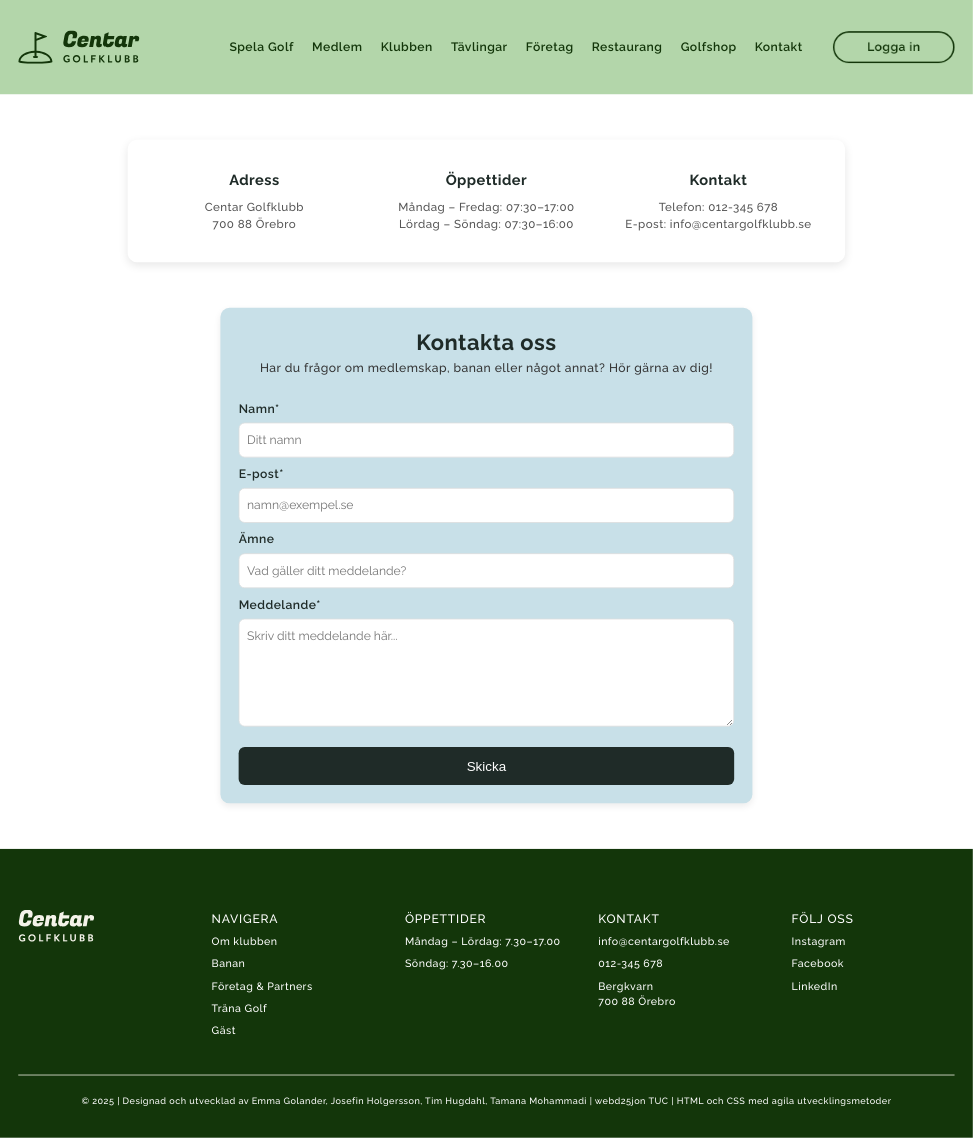
Repository: Tamana831/GolfklubbCentar
Page: kontakt.html
An editor plug-in stored every save of this project. The page is shown before and after the next save, followed by the edit.
The browser window is 1280 px wide. The pictures show the whole page, at 76% of full size.

Above is the page before, as saved 2025-10-21 21:35:40.

### kontakt.html
<!DOCTYPE html>
<html lang="sv">
  <head>
    <meta charset="UTF-8" />
    <meta name="viewport" content="width=device-width, initial-scale=1.0" />
    <title>Kontakta oss</title>

    <!-- Grundstilar -->
    <link rel="stylesheet" href="styles/variables.css" />
    <link rel="stylesheet" href="styles/base.css" />
    <link rel="stylesheet" href="styles/kontakt.css"/>


   </head>

  <body>
    <!-- HEADER -->
    <header class="bg-green-mid header-start">
      <nav class="container main-nav-wrapper">
        <a href="index.html">
          <img src="images/centar_logotype_primary_dark.svg" alt="Centar logotype" class="logotype" />
        </a>

        <input type="checkbox" id="menu-toggle" />
        <label for="menu-toggle" class="menu-button-container">
          <span class="menu-button"></span>
        </label>

        <div class="menu-wrapper">
          <ul>
            <li><a href="spelagolf.html">Spela Golf</a></li>
            <li><a href="#">Medlem</a></li>
            <li><a href="#">Klubben</a></li>
            <li><a href="#">Tävlingar</a></li>
            <li><a href="#">Företag</a></li>
            <li><a href="#">Restaurang</a></li>
            <li><a href="#">Golfshop</a></li>
            <li><a href="kontakt.html" class="active">Kontakt</a></li>
          </ul>
          <a href="#" class="button btn-primary-outline">Logga in</a>
        </div>
      </nav>
    </header>

    <!-- KONTAKT-BOXAR -->
    <section class="contact-wrapper">
      <div class="contact-card">
        <h2>Adress</h2>
        <p>Centar Golfklubb<br />700 88 Örebro</p>
      </div>

      <div class="contact-card">
        <h2>Öppettider</h2>
        <p>Måndag – Fredag: 07:30–17:00<br />Lördag – Söndag: 07:30–16:00</p>
      </div>

      <div class="contact-card">
        <h2>Kontakt</h2>
        <p>Telefon: 012-345 678<br />E-post: info@centargolfklubb.se</p>
      </div>
    </section>

    <!-- FORMULÄR -->
    <section class="contact-container">
      <header class="contact-header">
        <h1>Kontakta oss</h1>
        <p>Har du frågor om medlemskap, banan eller något annat? Hör gärna av dig!</p>
      </header>

      <form class="contact-form">
        <label for="name">Namn*</label>
        <input type="text" id="name" required placeholder="Ditt namn" />

        <label for="email">E-post*</label>
        <input type="email" id="email" required placeholder="namn@exempel.se" />

        <label for="subject">Ämne</label>
        <input type="text" id="subject" placeholder="Vad gäller ditt meddelande?" />

        <label for="message">Meddelande*</label>
        <textarea id="message" rows="5" required placeholder="Skriv ditt meddelande här..."></textarea>

        <button type="submit">Skicka</button>
      </form>
    </section>

    <!-- FOOTER -->
    <footer class="bg-green-dark">
      <div class="container text-white footer-wrapper">
        <nav class="foot-nav-wrapper body-sm">
          <div class="foot-nav-item foot-logo-wrapper">
            <a href="index.html">
              <img src="images/centar_logo_wordmark_neg.svg" alt="Centar logotype negative" class="logo-wordmark" />
            </a>
          </div>

          <section class="foot-nav-item">
            <h5 class="overline">Navigera</h5>
            <ul>
              <li><a href="#">Om klubben</a></li>
              <li><a href="#">Banan</a></li>
              <li><a href="#">Företag & Partners</a></li>
              <li><a href="#">Träna Golf</a></li>
              <li><a href="#">Gäst</a></li>
            </ul>
          </section>

          <section class="foot-nav-item">
            <h5 class="overline">Öppettider</h5>
            <p>Måndag – Lördag: 7.30–17.00</p>
            <p>Söndag: 7.30–16.00</p>
          </section>

          <section class="foot-nav-item">
            <h5 class="overline">Kontakt</h5>
            <a href="mailto:info@centargolfklubb.se">info@centargolfklubb.se</a>
            <a href="tel:+46123456789">012-345 678</a>
            <address>Bergkvarn<br />700 88 Örebro</address>
          </section>

          <section class="foot-nav-item">
            <h5 class="overline">Följ oss</h5>
            <ul>
              <li><a href="#">Instagram</a></li>
              <li><a href="#">Facebook</a></li>
              <li><a href="#">LinkedIn</a></li>
            </ul>
          </section>
        </nav>

        <div class="byline-wrapper text-center">
          <p>
            &copy; 2025 | Designad och utvecklad av Emma Golander, Josefin
            Holgersson, Tim Hugdahl, Tamana Mohammadi | webd25jon TUC |
            HTML och CSS med agila utvecklingsmetoder
          </p>
        </div>
      </div>
    </footer>
  </body>
</html>

### styles/variables.css
/* Variabler. I och med att vi lägger det i root så går de att nå i alla css-filer.*/
:root {
  /* FÄRGER */
  --color-green-dark: #13360a;
  --color-green-mid: #b3d6aa;
  --color-green-light: #ecf6e9;
  --color-green-accent: #14bf71;

  --color-blue-mid: #c8e0e8;
  --color-blue-light: #e4f0f4;
  --color-beige-light: #f4f3e9;

  --color-text-black: #262626;
  --color-text-grey: #3d3d3d;
  --color-text-white: #ffffff;

  /* SPACING */
  --space-xxs: 0.5rem; /* 8px, minsta avstånd, typ ikoner, små knappar*/
  --space-xs: 1rem; /* 16px, litet avstånd, tex mellan text och knapp  */
  --space-sm: 1.5rem; /* 24px, lite större, ofta mellan rubrik och text */
  --space-md: 2.5rem; /* 40px, ännu lite större, ofta mellan större rubrik och text */
  --space-lg: 3.5rem; /* 56px */
  --space-xl: 5rem; /* 80px, större block, typ mellan sektioner*/
  --space-xxl: 7.5rem; /* 120px, stort avstånd mellan sektioner */
}

### styles/base.css
@import url("https://fonts.googleapis.com/css2?family=Raleway:ital,wght@0,100..900;1,100..900&display=swap");
/* Reset */
* {
  box-sizing: border-box;
  margin: 0;
  padding: 0;
  line-height: 1.5;
}

body {
  color: var(--color-text-black); /* Textfärg för hela sidan */
  font-family: "Raleway", sans-serif;
  font-weight: 500;
  letter-spacing: 0.6px;
  -webkit-font-smoothing: antialiased;
  -moz-osx-font-smoothing: grayscale;
}

/* Klassen container styr sidans maxbredd. */
.container {
  margin: 0 auto;
  max-width: 1280px;
  /* Är det för tight padding i mobil?? */
  padding-left: var(--space-sm);
  padding-right: var(--space-sm);
}
/* @media (min-width: 768px) {
  .container {
    padding-left: var(--space-sm);
    padding-right: var(--space-sm);
  }
} */

/* ---------- BAKGRUNDSFÄRG styling  ---------- */
/* Gör vad som känns enklast, antingen med klass på html-elmentet eller med hjälp av css direkt på elementet. */
.bg-green-dark {
  background-color: var(--color-green-dark);
}
.bg-green-mid {
  background-color: var(--color-green-mid);
}
.bg-green-light {
  background-color: var(--color-green-light);
}
.bg-blue-mid {
  background-color: var(--color-blue-mid);
}
.bg-blue-light {
  background-color: var(--color-blue-light);
}
.bg-beige-light {
  background-color: var(--color-beige-light);
}

/* ---------- TEXT styling ---------- */
/* Utgår från mobil och skalar upp, se media queries */
/* text- för rubriker */
.text-xxl,
.text-xl,
.text-lg,
.text-md,
.text-sm {
  font-weight: 600;
  letter-spacing: normal; /* nollställer letter-spacing som är satt i body */
  line-height: 1.2;
}
.text-xxl {
  font-size: 2.5rem; /* 40px mobil, 64px desktop */
}
.text-xl {
  font-size: 2rem; /* 32px mobil, 48px desktop */
  margin-bottom: var(--space-md);
}
.text-lg {
  font-size: 1.75rem; /* 28px mobil, 32px desktop */
  margin-bottom: var(--space-sm);
}
.text-md {
  font-size: 1.25rem; /* 20px mobil, 24px desktop */
  margin-bottom: var(--space-xs);
}
.text-sm {
  font-size: 1rem; /* 16px */
  margin-bottom: var(--space-xs);
}
/* body- för brödtext och ingress */
.body-sm {
  font-size: 0.875rem; /* 14px */
}
.body {
  font-size: 1rem; /* 16px */
}
.body-lg {
  font-size: 1rem; /* 16px mobil, 20px desktop */
}
.overline {
  font-size: 1rem; /* 16px */
  font-weight: 500;
  text-transform: uppercase;
  letter-spacing: 1px;
}
/* Större px-storlek från tablet och uppåt */
@media (min-width: 768px) {
  .text-xxl {
    font-size: 4rem; /* 64px */
  }
  .text-xl {
    font-size: 3rem; /* 48px */
  }
  .text-lg {
    font-size: 2rem; /* 32px */
  }
  .text-md {
    font-size: 1.5rem; /* 24px */
  }
  .body-lg {
    font-size: 1.25rem; /* 20px */
  }
}
/* Hjälpklasser */
.text-center {
  text-align: center;
}
.text-white {
  color: var(--color-text-white);
}
.bold {
  font-weight: 700;
}
/* ----------  BUTTONS ---------- */
/* Grundstyling som gäller alla knappar (a-taggar och buttons) */
.button {
  /* Button reset */
  appearance: none; /* tar bort systemets knappstil. */
  -webkit-appearance: none; /* för Safari */
  -moz-appearance: none; /* för Firefox */
  border: none;
  font: inherit; /* Ärver samma font som sidan */
  /* Sätter fast höjd på knappar och justerar in med flex, så man vet att alla knappat alltid är lika höga. */
  height: 42px;
  width: fit-content;
  max-width: 100%;
  display: flex;
  justify-content: center;
  align-items: center;
  text-decoration: none;
  font-weight: 600;
  text-align: center;
  border-radius: 999px;
  padding: 0 var(--space-md); /* Enbart padding i sidled pga fast höjd och flex*/
  cursor: pointer;
  will-change: transform;
  transition: background-color 0.25s ease, transform 0.15s ease;
}
.button:hover {
  transform: scale(1.03);
}
.btn-primary {
  /* Mörkgrön */
  background-color: var(--color-green-dark);
  color: var(--color-beige-light);
}
.btn-cta {
  background-color: var(--color-green-accent);
  color: var(--color-text-white);
}
.btn-primary:hover,
.btn-cta:hover {
  background-color: color-mix(in srgb, var(--color-green-accent) 85%, black);
}
.btn-primary-outline {
  /* Mörkgrön outline */
  border: 2px solid var(--color-green-dark);
  background-color: transparent;
  color: var(--color-green-dark);
}
.btn-primary-outline:hover {
  background-color: var(--color-green-dark);
  color: var(--color-beige-light);
}
/* Focus ring t.ex. när man tabbar sig fram */
.button:focus-visible {
  outline: 3px solid color-mix(in srgb, var(--color-green-accent) 70%, white);
  outline-offset: 3px;
}
@media (max-width: 420px) {
  .button {
    height: auto;
    min-height: 42px;
    padding: 0.5rem var(--space-md);
    white-space: normal;
    line-height: 1.2;
  }
}

/* ---------- NAVIGATION ---------- */
.main-nav-wrapper {
  display: flex;
  justify-content: space-between;
  align-items: center;
  position: relative;
  padding-top: var(--space-sm);
  padding-bottom: var(--space-sm);
}
.logotype {
  width: 140px;
  /* Tar bort margin i botten på bild */
  display: block;
}
.menu-wrapper {
  position: absolute;
  top: 100%; /* lägger meny precis under nav */
  left: 0;
  right: 0;
  background-color: var(--color-green-mid);
  border-top: 1px solid var(--color-green-dark);
  box-shadow: 0 4px 16px 0 rgba(0, 0, 0, 0.08);
  display: flex;
  flex-direction: column;
  padding: var(--space-sm) var(--space-sm) var(--space-lg) var(--space-sm);
  gap: var(--space-xs); /* Avstånd mellan meny och knapp */
  /* Animerar opaciteten */
  max-height: 0;
  opacity: 0;
  overflow: hidden;
  transition: all 700ms cubic-bezier(0.23, 1, 0.32, 1);
}
.menu-wrapper li {
  list-style: none;
  font-size: 1.25rem;
  margin-bottom: var(--space-xs);
}
.menu-wrapper a {
  text-decoration: none;
  color: var(--color-green-dark);
  font-weight: 600;
  transition: background-color 0.5s;
}
.menu-wrapper li a:hover,
.menu-wrapper li a.current {
  padding-bottom: 4px;
  border-bottom: 2px solid var(--color-green-dark);
}
/* Styling hamburgerikon */
.menu-button-container {
  height: 100%;
  width: 32px;
  cursor: pointer;
  display: flex;
  flex-direction: column;
  justify-content: center;
  align-items: center;
}
/* Döljer själva checkboxen*/
#menu-toggle {
  display: none;
}
/* Checkbox (hamburgermenyn) kryssad, menyn visas */
#menu-toggle:checked ~ .menu-wrapper {
  max-height: 600px;
  opacity: 1;
}
/* Hamburgerikonens transformation till ett "X" */
#menu-toggle:checked + .menu-button-container .menu-button::before {
  margin-top: 0;
  transform: rotate(45deg);
}
#menu-toggle:checked + .menu-button-container .menu-button {
  background: transparent;
}
#menu-toggle:checked + .menu-button-container .menu-button::after {
  margin-top: 0;
  transform: rotate(-45deg);
}
/* Stylar "strecken" i hamburgermenyn  */
.menu-button,
.menu-button::before,
.menu-button::after {
  display: block;
  background-color: var(--color-green-dark);
  position: absolute;
  height: 3px;
  width: 30px;
  border-radius: 2px;
  transition: transform 400ms cubic-bezier(0.23, 1, 0.32, 1);
}
.menu-button::before {
  content: "";
  margin-top: -8px;
}
.menu-button::after {
  content: "";
  margin-top: 8px;
}
/* Desktop */
@media (min-width: 1024px) {
  .main-nav-wrapper {
    align-items: flex-start;
    padding-top: var(--space-md);
    padding-bottom: var(--space-md);
  }
  .logotype {
    width: 200px;
    padding-right: var(--space-md);
  }
  .menu-button-container {
    display: none; /* Döljer hamburgarikon */
  }
  .menu-wrapper {
    position: static;
    background-color: transparent;
    display: flex;
    flex-direction: row;
    align-items: flex-start;
    padding: 0;
    gap: var(--space-md); /* Avstånd mellan meny och knapp */
    box-shadow: none;
    border-top: none;
    /* Återställer styling för animering */
    max-height: none;
    opacity: 1;
    overflow: visible;
    transition: none;
  }
  .menu-wrapper ul {
    display: flex;
    flex-wrap: wrap;
    justify-content: center;
    align-items: center;
    column-gap: var(--space-sm);
    row-gap: var(--space-xs);
  }
  .menu-wrapper li {
    margin-bottom: 0;
    font-size: 1rem;
  }
  .menu-wrapper .button {
    min-width: 160px; /* Måste sätta bredd annars vill texten hamna på två rader */
  }
}
@media (min-width: 1200px) {
  .main-nav-wrapper {
    align-items: center;
  }
  .menu-wrapper {
    align-items: center;
  }
}

/* Exempel-styling */
.hero {
  display: flex;
  flex-direction: column;
  justify-content: center;
  align-items: center;
  background-color: plum; /* Färg och höjd för att man ska se något nu.*/
  height: 500px;
  margin-bottom: var(--space-xl);
}
.btn-wrapper {
  display: flex;
  gap: var(--space-xs);
}

/* ----------  FOOTER ---------- */
/* Container-klassen styr padding i sidled så sätter top och bottom här. */
.footer-wrapper {
  padding-top: var(--space-xl);
  padding-bottom: var(--space-md);
}
.foot-nav-wrapper {
  display: grid; /* Grid aktiverad från start */
  grid-template-columns: 1fr;
  gap: var(--space-md); /* Mellanrum mellan sektioner */
  margin-bottom: var(--space-md);
}
footer .logo-wordmark {
  width: 100px;
}
footer .overline {
  margin-bottom: var(--space-xxs);
}
.foot-nav-item a,
.foot-nav-item p,
.foot-nav-item address {
  margin-bottom: var(--space-xxs);
  font-style: normal;
}
.foot-nav-item li {
  list-style: none;
}
.foot-nav-item a {
  display: block;
  text-decoration: none;
  color: var(--color-text-white);
}
.foot-nav-item a:hover {
  text-decoration: underline;
}
.byline-wrapper {
  border-top: 0.5px solid var(--color-beige-light);
}
.byline-wrapper p {
  font-size: 0.75rem;
  padding-top: var(--space-sm);
}
/* Tablet */
@media (min-width: 768px) {
  .foot-nav-wrapper {
    grid-template-columns: repeat(3, 1fr);
  }
  .foot-logo-wrapper {
    grid-column: span 3;
  }
}
/* Desktop */
@media (min-width: 1200px) {
  .foot-nav-wrapper {
    grid-template-columns: repeat(5, 1fr);
  }
  .foot-logo-wrapper {
    grid-column: span 1;
  }
}

### styles/kontakt.css
/* --- BAKGRUNDSSEKTION (HELA KONTAKTDELEN) --- */
.contact-section {
  background: url('images/golf.jpg') no-repeat center center/cover;
  padding: 60px 0;
  position: relative;
}

/* Mörk overlay för bättre läsbarhet */
.contact-section::before {
  content: "";
  position: absolute;
  inset: 0;
  background: rgba(0, 0, 0, 0.25);
}

.contact-container,
.contact-wrapper {
  position: relative;
  z-index: 2;
}

/* --- KONTAKT-KORT WRAPPER --- */
.contact-wrapper {
  display: flex;
  justify-content: space-between;
  align-items: stretch;
  gap: 24px;
  max-width: 944px;
  margin: 60px auto;
  border: 2px solid #fff;
  border-radius: 12px;
  background: #fff;
  box-shadow: 0 4px 12px rgba(0, 0, 0, 0.1);
  padding: 24px;
  flex-wrap: nowrap;
  overflow: hidden;
}

.contact-card {
  text-align: center;
  background: #fff;
  flex: 1;
  padding: 12px;
  transition: 0.2s ease;
}

.contact-card:hover {
  transform: translateY(-3px);
}

.contact-card h2 {
  font-size: 1.2rem;
  margin-bottom: 10px;
  color: #1f2b28;
}

.contact-card p {
  font-size: 0.95rem;
  color: #555;
  line-height: 1.5;
}

/* --- FORMULÄR --- */
.contact-container {
  max-width: 700px;
  margin: 60px auto;
  padding: 24px;
  background: #C8E0E8;
  border-radius: 12px;
  box-shadow: 0 4px 10px rgba(0, 0, 0, 0.08);
}

.contact-header {
  text-align: center;
  margin-bottom: 30px;
}

.contact-header h1 {
  font-size: 1.8rem;
  color: #1f2b28;
}

.contact-header p {
  color: #333;
  font-size: 1rem;
}

.contact-form label {
  display: block;
  margin-top: 10px;
  font-weight: 600;
  color: #1f2b28;
}

.contact-form input,
.contact-form textarea {
  width: 100%;
  padding: 10px;
  margin-top: 6px;
  border: 1px solid #ddd;
  border-radius: 8px;
  font-size: 1rem;
  font-family: inherit;
  background: #fff;
}

.contact-form button {
  margin-top: 20px;
  width: 100%;
  padding: 12px;
  background: #1f2b28;
  color: white;
  border: none;
  border-radius: 8px;
  cursor: pointer;
  font-size: 1.1rem;
  transition: background 0.2s ease;
}

.contact-form button:hover {
  background: #3a4a46;
}

/* --- RESPONSIVT --- */
@media (max-width: 768px) {
  .contact-wrapper {
    flex-direction: column;
    flex-wrap: wrap;
    padding: 20px;
  }

  .contact-card {
    width: 100%;
    min-height: auto;
  }

  .contact-container {
    margin: 30px 16px;
    padding: 20px;
  }
}

After the next save:
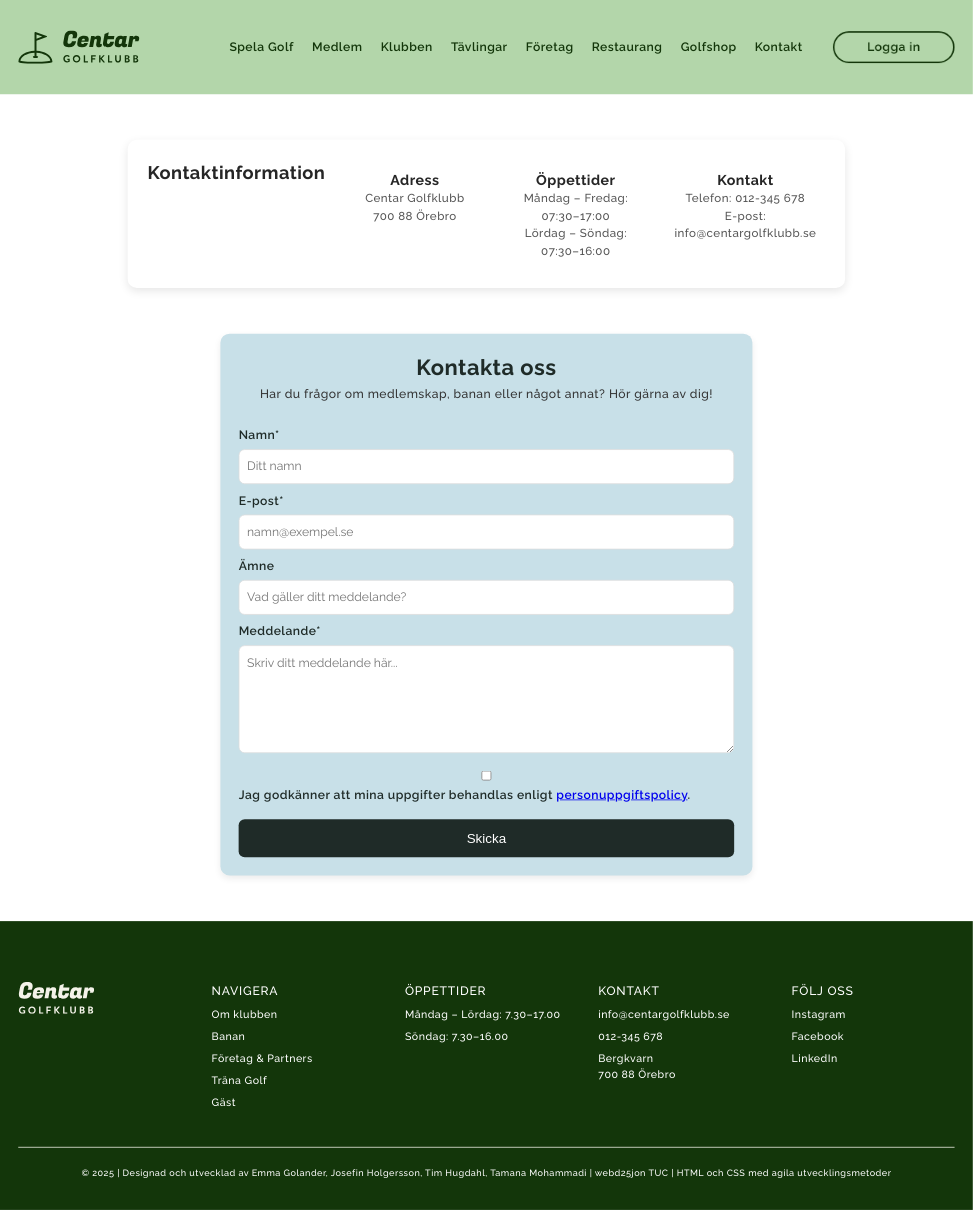
Saved 119 s later.
--- a/kontakt.html
+++ b/kontakt.html
@@ -3,30 +3,29 @@
   <head>
     <meta charset="UTF-8" />
     <meta name="viewport" content="width=device-width, initial-scale=1.0" />
+    <meta name="description" content="Kontakta Centar Golfklubb – öppettider, adress och kontaktuppgifter." />
     <title>Kontakta oss</title>
 
     <!-- Grundstilar -->
     <link rel="stylesheet" href="styles/variables.css" />
     <link rel="stylesheet" href="styles/base.css" />
-    <link rel="stylesheet" href="styles/kontakt.css"/>
-
-
-   </head>
+    <link rel="stylesheet" href="styles/kontakt.css" />
+  </head>
 
   <body>
     <!-- HEADER -->
-    <header class="bg-green-mid header-start">
-      <nav class="container main-nav-wrapper">
+    <header class="bg-green-mid header-start" role="banner">
+      <nav class="container main-nav-wrapper" role="navigation" aria-label="Huvudnavigering">
         <a href="index.html">
           <img src="images/centar_logotype_primary_dark.svg" alt="Centar logotype" class="logotype" />
         </a>
 
-        <input type="checkbox" id="menu-toggle" />
+        <input type="checkbox" id="menu-toggle" aria-controls="menu" aria-label="Visa meny" />
         <label for="menu-toggle" class="menu-button-container">
           <span class="menu-button"></span>
         </label>
 
-        <div class="menu-wrapper">
+        <div class="menu-wrapper" id="menu">
           <ul>
             <li><a href="spelagolf.html">Spela Golf</a></li>
             <li><a href="#">Medlem</a></li>
@@ -43,19 +42,21 @@
     </header>
 
     <!-- KONTAKT-BOXAR -->
-    <section class="contact-wrapper">
+    <section class="contact-wrapper" aria-labelledby="kontakt-info-heading">
+      <h2 id="kontakt-info-heading" class="sr-only">Kontaktinformation</h2>
+
       <div class="contact-card">
-        <h2>Adress</h2>
+        <h3>Adress</h3>
         <p>Centar Golfklubb<br />700 88 Örebro</p>
       </div>
 
       <div class="contact-card">
-        <h2>Öppettider</h2>
+        <h3>Öppettider</h3>
         <p>Måndag – Fredag: 07:30–17:00<br />Lördag – Söndag: 07:30–16:00</p>
       </div>
 
       <div class="contact-card">
-        <h2>Kontakt</h2>
+        <h3>Kontakt</h3>
         <p>Telefon: 012-345 678<br />E-post: info@centargolfklubb.se</p>
       </div>
     </section>
@@ -67,27 +68,33 @@
         <p>Har du frågor om medlemskap, banan eller något annat? Hör gärna av dig!</p>
       </header>
 
-      <form class="contact-form">
+      <form class="contact-form" action="#" method="post" novalidate>
         <label for="name">Namn*</label>
-        <input type="text" id="name" required placeholder="Ditt namn" />
+        <input type="text" id="name" name="name" required placeholder="Ditt namn" />
 
         <label for="email">E-post*</label>
-        <input type="email" id="email" required placeholder="namn@exempel.se" />
+        <input type="email" id="email" name="email" required placeholder="namn@exempel.se" />
 
         <label for="subject">Ämne</label>
-        <input type="text" id="subject" placeholder="Vad gäller ditt meddelande?" />
+        <input type="text" id="subject" name="subject" placeholder="Vad gäller ditt meddelande?" />
 
         <label for="message">Meddelande*</label>
-        <textarea id="message" rows="5" required placeholder="Skriv ditt meddelande här..."></textarea>
+        <textarea id="message" name="message" rows="5" required placeholder="Skriv ditt meddelande här..."></textarea>
+
+        <label class="gdpr-label">
+          <input type="checkbox" name="consent" required />
+          Jag godkänner att mina uppgifter behandlas enligt
+          <a href="#" target="_blank" rel="noopener noreferrer">personuppgiftspolicy</a>.
+        </label>
 
         <button type="submit">Skicka</button>
       </form>
     </section>
 
     <!-- FOOTER -->
-    <footer class="bg-green-dark">
+    <footer class="bg-green-dark" role="contentinfo">
       <div class="container text-white footer-wrapper">
-        <nav class="foot-nav-wrapper body-sm">
+        <nav class="foot-nav-wrapper body-sm" aria-label="Sidfot navigation">
           <div class="foot-nav-item foot-logo-wrapper">
             <a href="index.html">
               <img src="images/centar_logo_wordmark_neg.svg" alt="Centar logotype negative" class="logo-wordmark" />
@@ -99,7 +106,7 @@
             <ul>
               <li><a href="#">Om klubben</a></li>
               <li><a href="#">Banan</a></li>
-              <li><a href="#">Företag & Partners</a></li>
+              <li><a href="#">Företag &amp; Partners</a></li>
               <li><a href="#">Träna Golf</a></li>
               <li><a href="#">Gäst</a></li>
             </ul>
